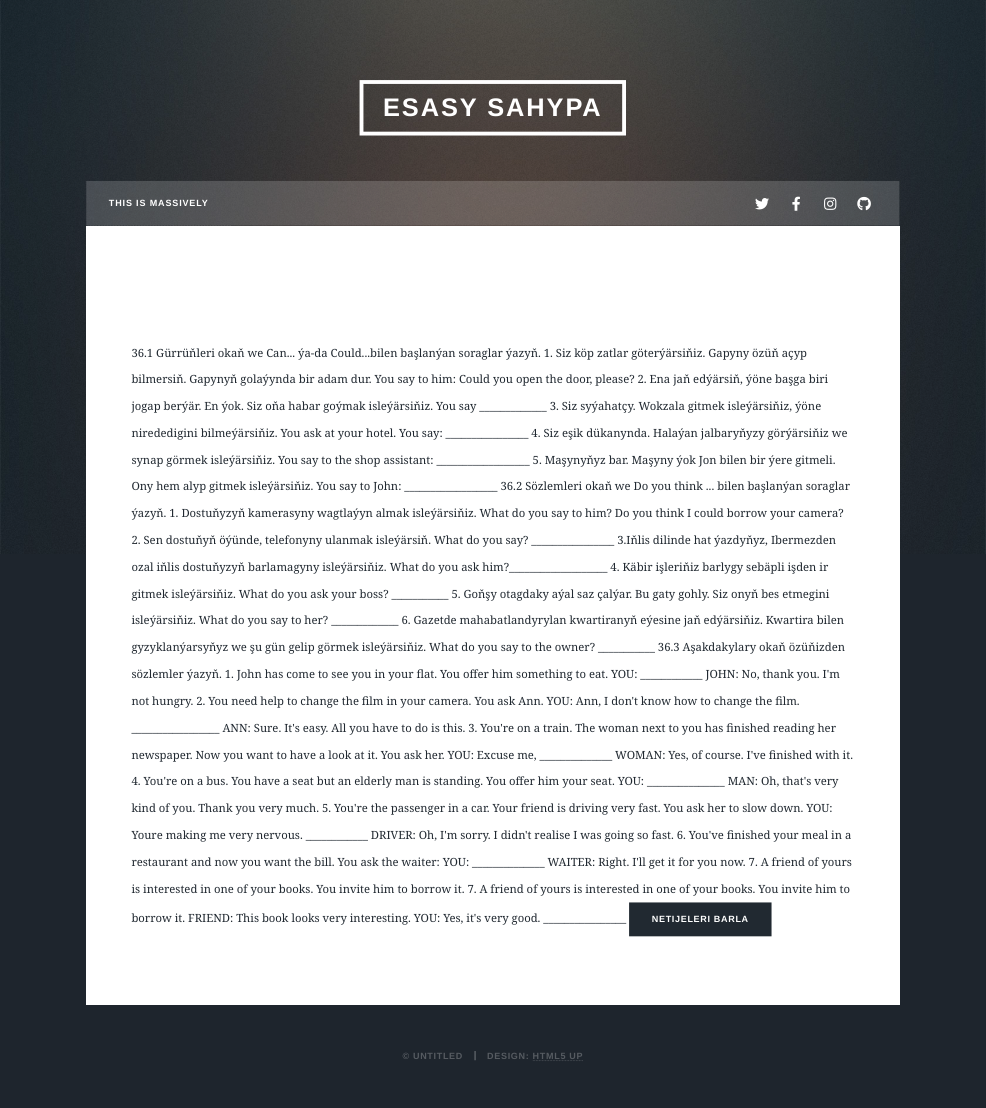
Repository: Sahet-dev/English-grammar-app
Page: test/test_unit _36.html
The author's editor kept a copy of each file at every save. The page is drawn from the files as they stood at one save, then again after the next save.
The browser window is 1280 px wide. The pictures show the whole page, at 77% of full size.
Some web fonts or font styles are not loaded; a fallback is used.

Above is the page before, as saved 2022-06-24 15:08:29.

### test/test_unit _36.html
<!DOCTYPE HTML>
<!--
	Massively by HTML5 UP
	html5up.net | @ajlkn
	Free for personal and commercial use under the CCA 3.0 license (html5up.net/license)
-->
<html>
	<head>
		<title>Test </title>
		<meta charset="utf-8" />
		<meta name="viewport" content="width=device-width, initial-scale=1, user-scalable=no" />
		<link rel="stylesheet" href="../assets/css/test.css" />
		<noscript><link rel="stylesheet" href="../assets/css/noscript.css" /></noscript>
	</head>
	<body class="is-preload">

		<!-- Wrapper -->
			<div id="wrapper">

				<!-- Header -->
					<header id="header">
						<a href="index.html" class="logo">Esasy Sahypa</a>
					</header>

				<!-- Nav -->
					<nav id="nav">
						<ul class="links">
							<li><a href="units/.html">This is Massively</a></li>

						</ul>
						<ul class="icons">
							<li><a href="#" class="icon brands fa-twitter"><span class="label">Twitter</span></a></li>
							<li><a href="#" class="icon brands fa-facebook-f"><span class="label">Facebook</span></a></li>
							<li><a href="#" class="icon brands fa-instagram"><span class="label">Instagram</span></a></li>
							<li><a href="#" class="icon brands fa-github"><span class="label">GitHub</span></a></li>
						</ul>
					</nav>

				<!-- Main -->
					<div id="main">

						<!-- Post -->
							<section class="post">
								<header class="major">
									<h2>


									</h2>
								</header>

								<!-- Text stuff -->

									<p>
										<form action="results-unit-1.php" method="post">

														36.1

														Gürrüňleri okaň we  Can... ýa-da Could...bilen başlanýan soraglar ýazyň.

														1. Siz köp zatlar göterýärsiňiz. Gapyny özüň açyp bilmersiň. Gapynyň golaýynda bir adam dur. You say to him: Could you open
														the door, please?

														2. Ena jaň edýärsiň, ýöne başga biri jogap berýär. En ýok. Siz oňa habar goýmak isleýärsiňiz. You say _____________


														3. Siz syýahatçy. Wokzala gitmek isleýärsiňiz, ýöne nirededigini bilmeýärsiňiz.
														You ask at your hotel. You say: ________________

														4. Siz eşik dükanynda. Halaýan jalbaryňyzy görýärsiňiz we synap görmek isleýärsiňiz.
														You say to the shop assistant: __________________

														5. Maşynyňyz bar. Maşyny ýok Jon bilen bir ýere gitmeli. Ony hem alyp gitmek  isleýärsiňiz. You say to John: __________________

														36.2

														Sözlemleri okaň we  Do you think ... bilen başlanýan soraglar ýazyň.

														1. Dostuňyzyň kamerasyny wagtlaýyn almak isleýärsiňiz.

														What do you say to him?
														Do you think I could borrow your camera?

														2. Sen dostuňyň öýünde, telefonyny ulanmak isleýärsiň. What do you say? ________________

														3.Iňlis dilinde hat ýazdyňyz, Ibermezden ozal iňlis dostuňyzyň barlamagyny isleýärsiňiz. What do you ask him?___________________

														4. Käbir işleriňiz barlygy sebäpli işden ir gitmek isleýärsiňiz.
														What do you ask your
														boss? ___________

														5. Goňşy otagdaky aýal saz çalýar. Bu gaty gohly. Siz  onyň bes etmegini isleýärsiňiz. What do you say to her?   _____________

														6. Gazetde mahabatlandyrylan kwartiranyň eýesine jaň edýärsiňiz. Kwartira bilen gyzyklanýarsyňyz we şu gün gelip görmek isleýärsiňiz. What do you say to the owner?        ___________

														36.3

														Aşakdakylary okaň özüňizden sözlemler ýazyň.

														1. John has come to see you in your flat. You
														offer him something to eat.
														YOU:   ____________


														JOHN: No, thank you. I'm not hungry.

														2. You need help to change the film in your camera. You ask Ann.

														YOU: Ann, I don't know how to change the
														film.    _________________

														ANN: Sure. It's easy. All you have to do is this.

														3. You're on a train. The woman next to you has
														finished reading her newspaper. Now you want to have a look at it. You ask her.

														YOU: Excuse me,   ______________
														WOMAN: Yes, of course. I've finished with it.

														4. You're on a bus. You have a seat but an

														elderly man is standing. You offer him your

														seat.

														YOU:   _______________

														MAN: Oh, that's very kind of you. Thank you very much.

														5. You're the passenger in a car. Your friend is driving very fast. You ask her to slow down.
														YOU: Youre making me very nervous.   ____________
														DRIVER: Oh, I'm sorry. I didn't realise I was going so fast.

														6. You've finished your meal in a restaurant and
														now you want the bill. You ask the waiter:
														YOU:    ______________
														WAITER: Right. I'll get it for you now.

														7. A friend of yours is interested in one of your
														books. You invite him to borrow it.

														7. A friend of yours is interested in one of your
														books. You invite him to borrow it.
														FRIEND: This book looks very interesting.
														YOU: Yes, it's very good. ________________

											        <button class="button primary" type="submit">Netijeleri barla</button>
										</form>



									</p>


							</section>

					</div>


				<!-- Copyright -->
					<div id="copyright">
						<ul><li>&copy; Untitled</li><li>Design: <a href="https://html5up.net">HTML5 UP</a></li></ul>
					</div>

			</div>

		<!-- Scripts -->
			<script src="assets/js/jquery.min.js"></script>
			<script src="assets/js/jquery.scrollex.min.js"></script>
			<script src="assets/js/jquery.scrolly.min.js"></script>
			<script src="assets/js/browser.min.js"></script>
			<script src="assets/js/breakpoints.min.js"></script>
			<script src="assets/js/util.js"></script>
			<script src="assets/js/main.js"></script>

	</body>
</html>

Loaded but not shown: assets/js/jquery.min.js (library); assets/js/jquery.scrollex.min.js (common file); assets/js/jquery.scrolly.min.js (common file); assets/js/browser.min.js (common file); assets/js/breakpoints.min.js (common file); assets/css/fontawesome-all.min.css (library); assets/js/util.js (587 lines, source omitted); assets/js/main.js (258 lines, source omitted); assets/css/test.css (4689 lines, source omitted)

After the next save:
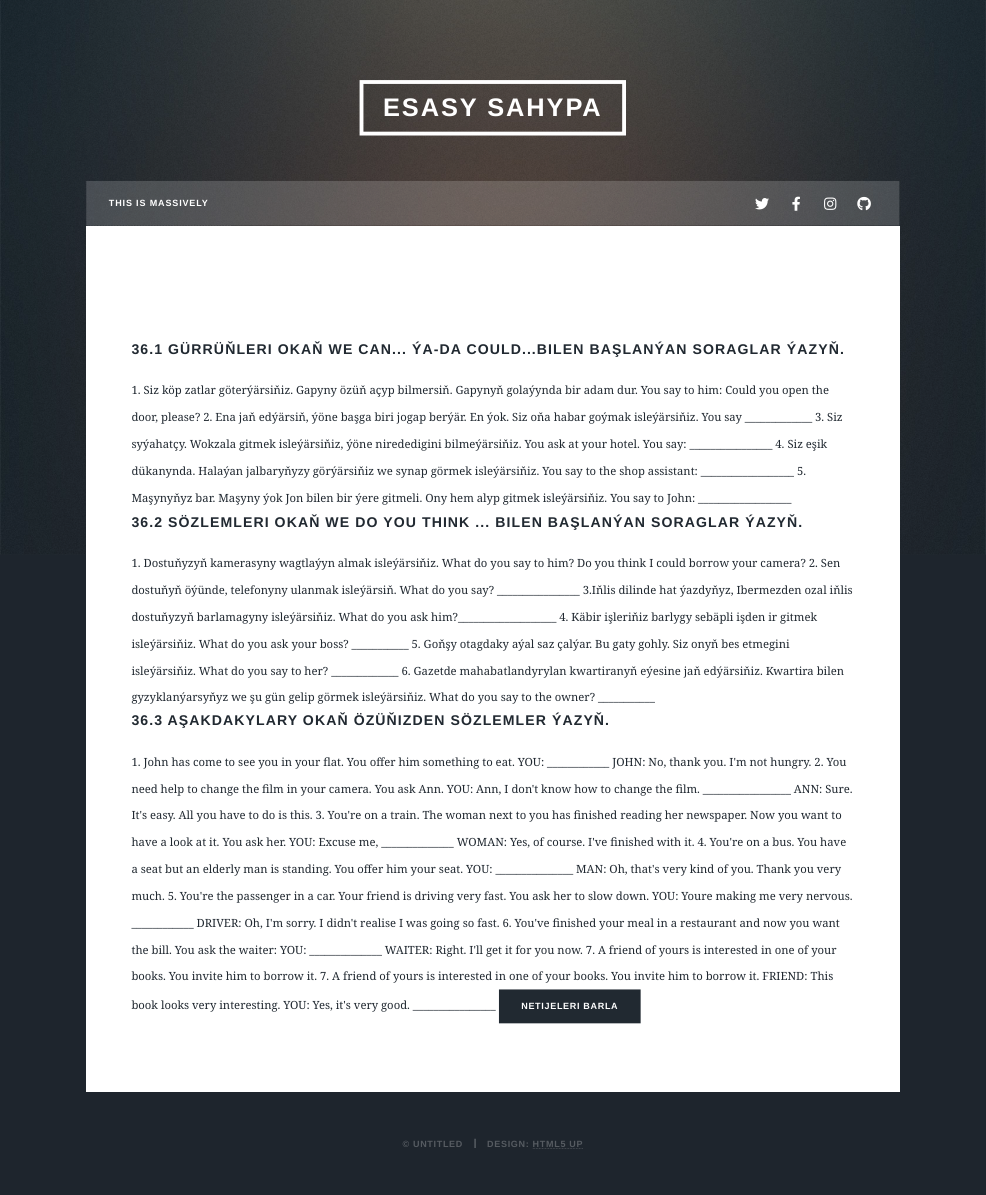
Saved 56 s later.
--- a/test/test_unit _36.html
+++ b/test/test_unit _36.html
@@ -53,9 +53,9 @@
 									<p>
 										<form action="results-unit-1.php" method="post">
 
-														36.1
+										<h3>36.1
 
-														Gürrüňleri okaň we  Can... ýa-da Could...bilen başlanýan soraglar ýazyň.
+														Gürrüňleri okaň we  Can... ýa-da Could...bilen başlanýan soraglar ýazyň.</h3>
 
 														1. Siz köp zatlar göterýärsiňiz. Gapyny özüň açyp bilmersiň. Gapynyň golaýynda bir adam dur. You say to him: Could you open
 														the door, please?
@@ -71,9 +71,9 @@
 
 														5. Maşynyňyz bar. Maşyny ýok Jon bilen bir ýere gitmeli. Ony hem alyp gitmek  isleýärsiňiz. You say to John: __________________
 
-														36.2
+													<h3>36.2
 
-														Sözlemleri okaň we  Do you think ... bilen başlanýan soraglar ýazyň.
+														Sözlemleri okaň we  Do you think ... bilen başlanýan soraglar ýazyň.</h3>
 
 														1. Dostuňyzyň kamerasyny wagtlaýyn almak isleýärsiňiz.
 
@@ -92,9 +92,9 @@
 
 														6. Gazetde mahabatlandyrylan kwartiranyň eýesine jaň edýärsiňiz. Kwartira bilen gyzyklanýarsyňyz we şu gün gelip görmek isleýärsiňiz. What do you say to the owner?        ___________
 
-														36.3
+													<h3>36.3
 
-														Aşakdakylary okaň özüňizden sözlemler ýazyň.
+														Aşakdakylary okaň özüňizden sözlemler ýazyň.</h3>
 
 														1. John has come to see you in your flat. You
 														offer him something to eat.
